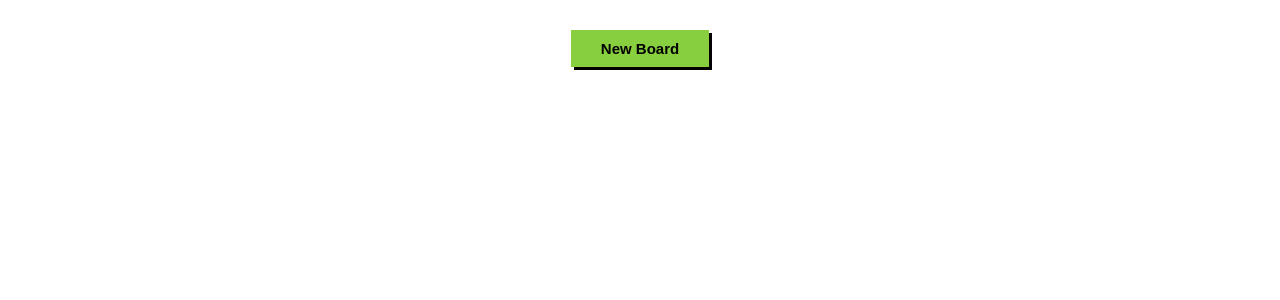
Repository: sokafootball/etch-a-sketc
Page: index.html
These files come from the project's save history. The page is drawn as it stood at one moment and after the next save; the edit follows.
The browser window is 1280 px wide. The pictures show the whole page.

Above is the page before, as saved 2020-04-18 10:50:23.

After the next save:
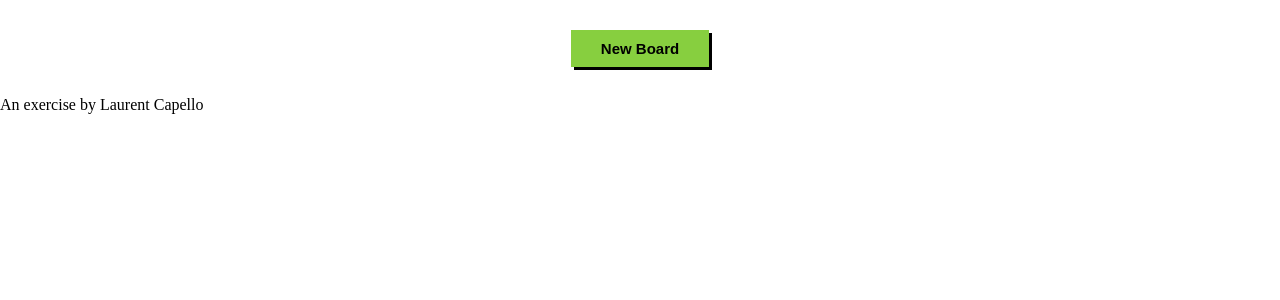
Saved 6 min 28 s later.
--- a/index.html
+++ b/index.html
@@ -8,6 +8,9 @@
   <button id="reset-btn">New Board</button>
   <div id="grid-div"></div>
 </main>
+<footer>
+<p>An exercise by <span id="signature">Laurent Capello</span></p>
+</footer>
 <script type="text/javascript" src="script.js"></script>
 </body>
 </html>
